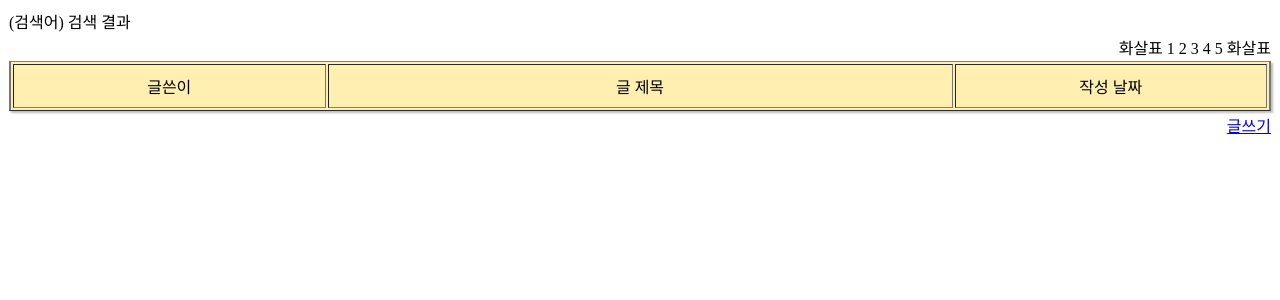
Repository: GOHO97/Haheeho
Page: http://localhost/Haheeho_Adblock/WEB-INF/views/board/board.jsp
These files come from the project's save history. The page is drawn as it stood at one moment and after the next save; the edit follows.
The browser window is 1280 px wide. The pictures show the whole page.
The page is served by Tomcat 9. Nobody is signed in. Other server files are loaded and not shown. The template is opened directly, without the code that normally fills it, so the values that code supplies are empty.

Above is the page before, as saved 2022-11-01 03:08:32.

### Haheeho_Adblock/src/main/webapp/WEB-INF/views/board/board.jsp
<%@ page language="java" contentType="text/html; charset=UTF-8"
    pageEncoding="UTF-8"%>
<!DOCTYPE html>
<html>
<head>
<meta charset="UTF-8">
<title>Insert title here</title>
<link rel="stylesheet" href="resources/css/board.css">
</head>
<body>
	<table id="boardMainTable">
		<tr>
			<td align="left">
				(검색어) 검색 결과
			</td>
		</tr>
		<tr>
			<td align="right">
				화살표 1 2 3 4 5 화살표
			</td>
		</tr>
		<tr>
			<td align="center">
				<table border="1" class="boardArea">
					<tr>
						<td class="boardUserName" align="center">
							글쓴이
						</td>
						<td class="boardTitle" align="center">
							<a>글 제목</a>
						</td>
						<td class="boardDate" align="center">
							작성 날짜
						</td>
					</tr>
				</table>
			</td>
		</tr>
		<tr>
			<td align="right">
				<a href="board.write.go">글쓰기</a>
			</td>
		</tr>
	</table>
</body>
</html>

### Haheeho_Adblock/src/main/webapp/resources/css/board.css
@charset "UTF-8";

#boardSearchTab {
	width: 50%;
	height: 30px;
}

#boardMainTable{
	width: 100%;
	border-spacing: 0;
}

.boardArea {
	border-left: 2px solid #757575;
	border-right: 2px solid #757575;
	box-shadow: 2px 2px 2px #BDBDBD;
	width: 100%;
	background-color: #FFE16480;
}


.boardUserName, .boardTitle, .boardDate{
	height: 40px;
}

.boardUserName{
	width: 25%;
}

.boardTitle{
	width: 50%;
}

.boardDate{
	width: 25%;
}

#boardWriteButton{
	background-color: #EF5E5A;
	border: none;
	font-family: "b";
	font-size: 20px;
	color: #FFE164;
	border-bottom-left-radius: 5px;
	border-bottom-right-radius: 5px;
}

#boardSearchResultDiv{
	margin-right: 440px;
	width: 400px;
	height: 30px;
	padding-top:10px;
	border-top: 2px solid #757575;
	border-left: 2px solid #757575;
	border-right: 2px solid #757575;
	border-top-left-radius: 5px;
	border-top-right-radius: 5px;
	text-align: center;
}

#boardSearchResultDiv span{
	color: red;
}

#boardSearchResultDiv a{
	font-size: 15px;
	background-color: #EF5E5A30;
	border-radius: 5px;
}

#boardPageNum{
	border-left: 2px solid #757575;
	border-right: 2px solid #757575;
	border-bottom: 2px solid #757575;
	box-shadow: 2px 2px 2px #BDBDBD;
	padding-right: 20px;
}

After the next save:
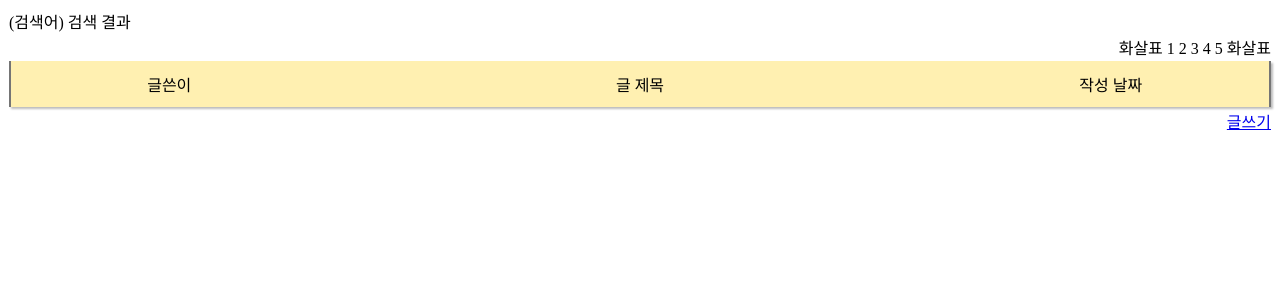
Saved 4 min 4 s later.
--- a/Haheeho_Adblock/src/main/webapp/WEB-INF/views/board/board.jsp
+++ b/Haheeho_Adblock/src/main/webapp/WEB-INF/views/board/board.jsp
@@ -21,7 +21,7 @@
 		</tr>
 		<tr>
 			<td align="center">
-				<table border="1" class="boardArea">
+				<table class="boardArea">
 					<tr>
 						<td class="boardUserName" align="center">
 							글쓴이
